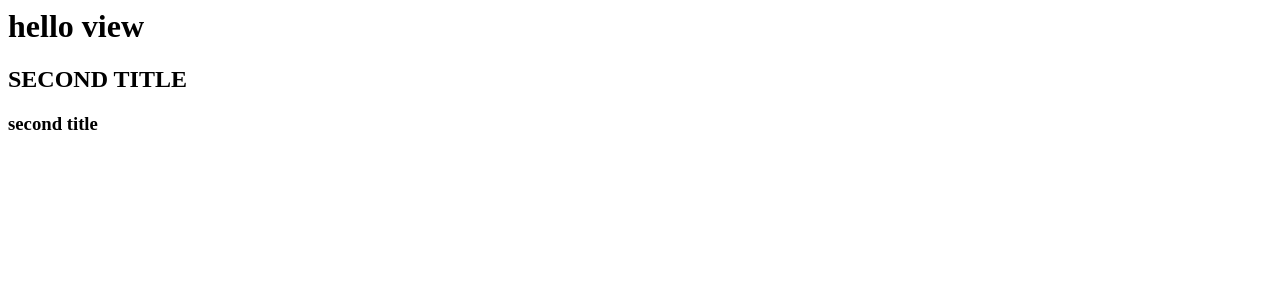
Repository: Matt-Thew/libLang
Page: vue/cnd.html
An editor plug-in stored every save of this project. The page is shown before and after a run of saves, followed by the edit.
The browser window is 1280 px wide. The pictures show the whole page.

Above is the page before, as saved 2019-04-20 16:28:09.

After the next 2 saves:
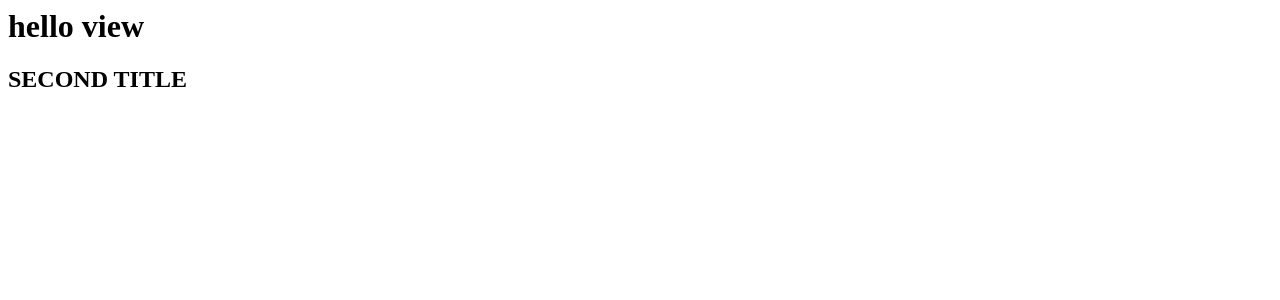
The 2 saves are shown as one change because they came seconds apart.
The last was saved 9 s later.
--- a/vue/cnd.html
+++ b/vue/cnd.html
@@ -8,7 +8,7 @@
     <div class="second">
 
         <h2>{{ title.toUpperCase() }}</h2>
-        <h3 v-text="title">{{ title }}</h3>
+        <h3 v-text=""></h3>
     </div>
 
 
